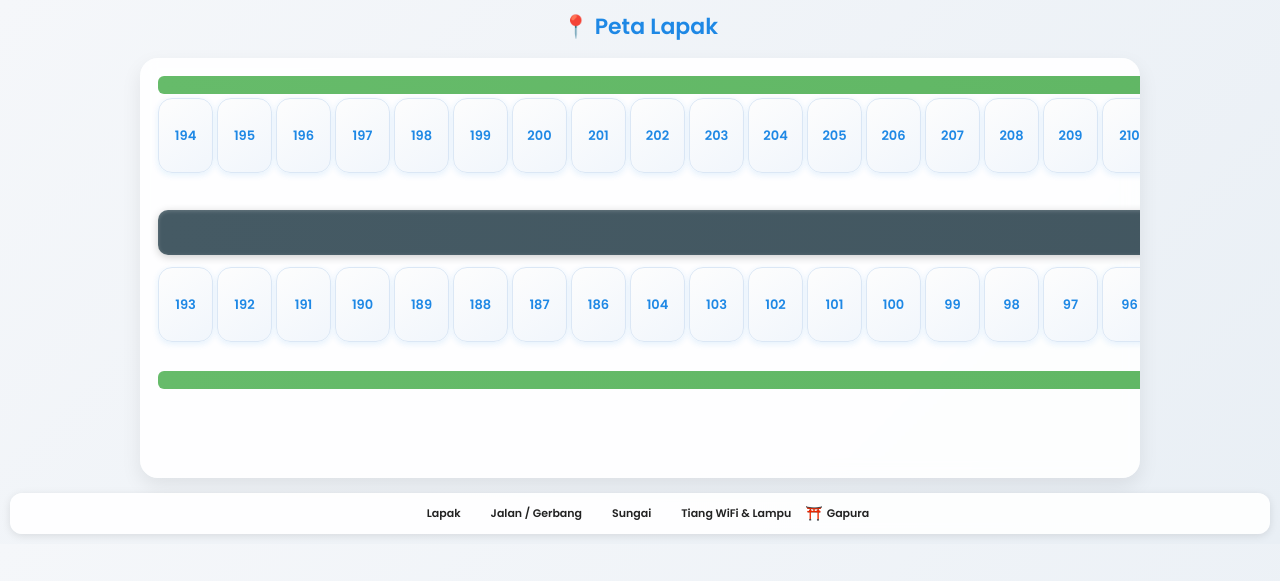
Repository: pasarrakyatbak/denah
Page: index.html
An editor plug-in stored every save of this project. The page is shown before and after the next save, followed by the edit.
The browser window is 1280 px wide. The pictures show the whole page.

Above is the page before, as saved 2025-09-19 20:06:44.
Console error: ReferenceError: insertTiang is not defined

### index.html
<!DOCTYPE html>
<html lang="id">

<head>
    <meta charset="utf-8" />
    <meta name="viewport" content="width=device-width, initial-scale=1" />
    <title>Peta Lapak Modern</title>
    <link href="https://fonts.googleapis.com/css2?family=Poppins:wght@400;600&display=swap" rel="stylesheet">
    <link rel="stylesheet" href="style.css" />
</head>

<body>
    <h1>📍 Peta Lapak</h1>

    <!-- Tooltip -->
    <div class="tooltip" id="tooltip"></div>

    <!-- Grid Container -->
    <div class="scroll-container">
        <div class="h-inner">
            <!-- Rumput kiri -->
            <div class="rumput-wrapper">
                <div class="rumput"></div>
            </div>

            <!-- Lapak kanan (sekarang di atas jalan utama) -->
            <div class="row bottom" id="right-side"></div>
            <!-- Jalan utama -->
            <div class="road-wrapper">
                <div class="road">JALAN UTAMA</div>
            </div>

            <!-- Lapak kiri (sekarang di bawah jalan utama) -->
            <div class="row top" id="left-side"></div>

            <!-- Rumput kanan -->
            <div class="rumput-wrapper">
                <div class="rumput"></div>
            </div>
        </div>
    </div>


    <!-- Legend -->
    <div class="legend">
        <div>
            <div class="legend-color lapak-color"></div> Lapak
        </div>
        <div>
            <div class="legend-color jalan-color"></div> Jalan / Gerbang
        </div>
        <div>
            <div class="legend-color sungai-color"></div> Sungai
        </div>
        <div>
            <div class="legend-color tiang-color"></div> Tiang WiFi & Lampu
        </div>
        <div>
            <div class="legend-icon">⛩️</div> Gapura
        </div>
    </div>
    </div>

    <script src="script.js"></script>
</body>

</html>

### style.css
/* Reset & Base */
* {
    margin: 0;
    padding: 0;
    box-sizing: border-box;
}

body {
    font-family: 'Poppins', sans-serif;
    background: linear-gradient(135deg, #f5f7fa, #e9eff5);
    color: #222;
    padding: 10px;
    text-align: center;
}

h1 {
    font-size: 22px;
    margin-bottom: 15px;
    color: #1e88e5;
    font-weight: 700;
}

/* Scroll container */
.scroll-container {
    width: 100%;
    max-width: 1000px;
    height: 420px;
    overflow: auto;
    background: rgba(255, 255, 255, 0.9);
    border-radius: 18px;
    padding: 18px;
    backdrop-filter: blur(8px);
    box-shadow: 0 8px 20px rgba(0, 0, 0, 0.08);
    margin: auto;
    transition: 0.3s ease;
}

.h-inner {
    display: flex;
    flex-direction: column;
    gap: 4px;
    min-width: max-content;
}

.row {
    display: flex;
    align-items: flex-start;
    flex-wrap: wrap;
    min-width: max-content;
    gap: 4px;
}

/* Lapak compact modern */
.lapak {
    width: 55px;
    height: 75px;
    border-radius: 14px;
    background: linear-gradient(145deg, #fdfdfd, #f1f6fc);
    border: 1px solid #dbe7f5;
    color: #1e88e5;
    font-weight: 600;
    display: flex;
    align-items: center;
    justify-content: center;
    cursor: pointer;
    font-size: 13px;
    transition: all 0.25s ease;
    box-shadow: 0 2px 6px rgba(30, 136, 229, 0.12);
}

.lapak:hover {
    background: linear-gradient(145deg, #1e88e5, #1565c0);
    color: #fff;
    transform: translateY(-5px) scale(1.07);
    box-shadow: 0 8px 18px rgba(30, 136, 229, 0.3);
}

/* Jalan utama */
.road {
    height: 45px;
    background: linear-gradient(90deg, #455a64, #37474f);
    color: #fff;
    display: flex;
    align-items: center;
    justify-content: center;
    border-radius: 10px;
    font-weight: 600;
    font-size: 13px;
    margin: 8px 0;
    letter-spacing: 0.5px;
    box-shadow: inset 0 1px 4px rgba(255, 255, 255, 0.2),
        0 2px 8px rgba(0, 0, 0, 0.2);
}

/* Jalan / Gerbang */
.jalan-gerbang {
    width: 100px;
    height: 35px;
    background: linear-gradient(145deg, #ff9800, #f57c00);
    color: #fff;
    display: flex;
    align-items: center;
    justify-content: center;
    border-radius: 10px;
    font-weight: 600;
    font-size: 12px;
    box-shadow: 0 4px 10px rgba(255, 152, 0, 0.35);
    transition: 0.25s ease;
}

.jalan-gerbang:hover {
    background: linear-gradient(145deg, #fb8c00, #ef6c00);
    transform: translateY(-3px) scale(1.05);
}

/* Gapura lintas jalan */
.gapura-container {
    width: 50px;
    height: 75px;
    display: flex;
    flex-direction: column;
    align-items: center;
    justify-content: center;
    gap: 2px;
}

.gapura-icon {
    font-size: 20px;
}

.gapura-arrow {
    font-size: 14px;
}

/* Rumput */
.rumput-wrapper {
    position: relative;
}

.rumput {
    height: 18px;
    width: 100%;
    background: linear-gradient(90deg, #66bb6a, #43a047);
    border-radius: 6px;
}

/* Legend */
.legend {
    margin-top: 15px;
    background: rgba(255, 255, 255, 0.9);
    padding: 10px 14px;
    border-radius: 12px;
    font-size: 11px;
    font-weight: 600;
    display: flex;
    gap: 14px;
    justify-content: center;
    flex-wrap: wrap;
    box-shadow: 0 2px 8px rgba(0, 0, 0, 0.1);
    backdrop-filter: blur(6px);
}

.legend div {
    display: flex;
    align-items: center;
    gap: 4px;
}

.legend-color {
    width: 12px;
    height: 12px;
    border-radius: 3px;
}

.legend-icon {
    font-size: 14px;
}

/* Responsive */
/* Responsif HP kecil */
@media (max-width: 480px) {
    .lapak {
        width: 42px;
        height: 60px;
        font-size: 10px;
    }
}

/* Responsif Tablet */
@media (min-width: 481px) and (max-width: 1024px) {
    .lapak {
        width: 50px;
        height: 70px;
        font-size: 12px;
    }
}

/* Desktop normal */
@media (min-width: 1025px) {
    .lapak {
        width: 55px;
        height: 75px;
        font-size: 13px;
    }
}

### script.js
// DATA NOMOR
const leftNumbers = [1, 2, 3, 4, 5, 6, 7, 8, 9, 10, 11, 15, 16, 17, 18, 19, 20, 21, 22, 23, 24, 25, 26, 27, 28, 29, 30, 31, 32, 33, 34, 35, 36, 37, 38, 39, 40, 41, 42, 43, 44, 45, 46, 47, 48, 49, 50, 51, 52, 53, 54, 55, 56, 57, 58, 59, 60, 61, 62, 63, 64, 65, 66, 67, 68, 69, 70, 71, 72, 73, 74, 75, 76, 77, 78, 79, 80, 81, 82, 83, 84, 85, 86, 87, 88, 89, 90, 91, 92, 93, 94, 95, 96, 97, 98, 99, 100, 101, 102, 103, 104, 186, 187, 188, 189, 190, 191, 192, 193];
const rightNumbers = [194, 195, 196, 197, 198, 199, 200, 201, 202, 203, 204, 205, 206, 207, 208, 209, 210, 211, 212, 213, 105, 106, 107, 108, 109, 110, 111, 112, 113, 114, 115, 116, 117, 118, 119, 120, 121, 122, 123, 124, 125, 126, 127, 128, 129, 130, 131, 132, 133, 134, 135, 136, 137, 138, 214, 215, 216, 139, 140, 141, 142, 143, 144, 145, 146, 147, 148, 149, 150, 151, 152, 153, 154, 155, 156, 157, 158, 159, 160, 161, 162, 163, 164, 165, 166, 167, 168, 169, 170, 171, 172, 173, 174, 175, 176, 177, 178, 179, 180, 181, 182, 183, 184, 185];

const rightSide = document.getElementById('right-side');
const leftSide = document.getElementById('left-side');

// Buat lapak
function makeLapak(num) {
    const d = document.createElement('div');
    d.className = 'lapak';
    d.textContent = num;
    return d;
}

rightNumbers.forEach(n => rightSide.appendChild(makeLapak(n)));
leftNumbers.slice().reverse().forEach(n => leftSide.appendChild(makeLapak(n)));

// Gerbang
function insertGerbangBetween(parent, a, b, label = 'Gerbang') {
    const children = Array.from(parent.children);
    const idxA = children.findIndex(c => c.textContent == String(a));
    const idxB = children.findIndex(c => c.textContent == String(b));
    if (idxA === -1 || idxB === -1) return;
    const insertAfterIndex = Math.min(idxA, idxB);
    const refNode = parent.children[insertAfterIndex + 1] || null;
    const g = document.createElement('div');
    g.className = 'jalan-gerbang';
    g.textContent = label;
    parent.insertBefore(g, refNode);
}
insertGerbangBetween(leftSide, 2, 3);
insertGerbangBetween(leftSide, 11, 15);

// Gapura lintas jalan
function insertGapura(leftParent, rightParent, a, b) {
    const idxL = Array.from(leftParent.children).findIndex(c => c.textContent == a);
    const idxR = Array.from(rightParent.children).findIndex(c => c.textContent == b);
    if (idxL === -1 || idxR === -1) return;

    const gapuraBottom = document.createElement('div');
    gapuraBottom.className = 'gapura-container';
    gapuraBottom.innerHTML = `<div class="gapura-icon">⛩️</div><div class="gapura-arrow">⬆️</div>`;
    leftParent.insertBefore(gapuraBottom, leftParent.children[idxL + 1]);

    const gapuraTop = document.createElement('div');
    gapuraTop.className = 'gapura-container';
    gapuraTop.innerHTML = `<div class="gapura-arrow">⬇️</div><div class="gapura-icon">⛩️</div>`;
    rightParent.insertBefore(gapuraTop, rightParent.children[idxR]);
}
insertGapura(leftSide, rightSide, 57, 146);

// Sungai
function placeSungaiBelow(parent, num) {
    const target = Array.from(parent.children).find(c => c.textContent == num);
    if (!target) return;
    const wrapper = document.createElement('div');
    wrapper.className = 'lapak-wrapper';
    wrapper.setAttribute('data-lapak', num);
    parent.insertBefore(wrapper, target);
    wrapper.appendChild(target);

    const sungai = document.createElement('div');
    sungai.className = 'sungai-bawah';
    sungai.textContent = 'Sungai';
    wrapper.appendChild(sungai);
}
function placeSungaiAbove(parent, num) {
    const target = Array.from(parent.children).find(c => c.textContent == num);
    if (!target) return;
    const wrapper = document.createElement('div');
    wrapper.className = 'lapak-wrapper';
    wrapper.setAttribute('data-lapak', num);
    parent.insertBefore(wrapper, target);
    wrapper.appendChild(target);

    const sungai = document.createElement('div');
    sungai.className = 'sungai-atas';
    sungai.textContent = 'Sungai';
    wrapper.insertBefore(sungai, target);
}
placeSungaiBelow(leftSide, 62);
placeSungaiAbove(rightSide, 141);


// Jalan
function insertJalan(parent, a, b, label = 'Jalan') {
    const idxA = Array.from(parent.children).findIndex(c => c.textContent == a);
    const idxB = Array.from(parent.children).findIndex(c => c.textContent == b);
    if (idxA === -1 || idxB === -1) return;
    const insertAfter = Math.min(idxA, idxB);
    const refNode = parent.children[insertAfter + 1] || null;
    const jalan = document.createElement('div');
    jalan.className = 'jalan-gerbang';
    jalan.textContent = label;
    parent.insertBefore(jalan, refNode);
}

// Contoh insert
insertJalan(rightSide, 156, 157);
insertJalan(rightSide, 216, 139);
insertJalan(rightSide, 163, 164);
insertJalan(rightSide, 180, 181);
insertTiang(rightSide, 20, 201);
insertTiang(rightSide, 108, 109);
insertTiang(rightSide, 124, 125);
insertTiang(rightSide, 137, 138);

const tooltip = document.getElementById('tooltip');

function showTooltip(e, text) {
    tooltip.textContent = text;
    tooltip.style.left = e.pageX + 10 + 'px';
    tooltip.style.top = e.pageY + 10 + 'px';
    tooltip.style.opacity = 1;
}

function hideTooltip() {
    tooltip.style.opacity = 0;
}

// Tambahkan tooltip untuk setiap elemen
document.querySelectorAll('.lapak').forEach(el => {
    el.addEventListener('mouseenter', e => showTooltip(e, 'Lapak #' + el.textContent));
    el.addEventListener('mousemove', e => showTooltip(e, 'Lapak #' + el.textContent));
    el.addEventListener('mouseleave', hideTooltip);
});

document.querySelectorAll('.jalan-gerbang').forEach(el => {
    el.addEventListener('mouseenter', e => showTooltip(e, 'Jalan / Gerbang: ' + el.textContent));
    el.addEventListener('mousemove', e => showTooltip(e, 'Jalan / Gerbang: ' + el.textContent));
    el.addEventListener('mouseleave', hideTooltip);
});

document.querySelectorAll('.sungai-bawah, .sungai-atas').forEach(el => {
    el.addEventListener('mouseenter', e => showTooltip(e, 'Sungai'));
    el.addEventListener('mousemove', e => showTooltip(e, 'Sungai'));
    el.addEventListener('mouseleave', hideTooltip);
});

document.querySelectorAll('.tiang-container').forEach(el => {
    el.addEventListener('mouseenter', e => showTooltip(e, 'Tiang WiFi & Lampu'));
    el.addEventListener('mousemove', e => showTooltip(e, 'Tiang WiFi & Lampu'));
    el.addEventListener('mouseleave', hideTooltip);
});

document.querySelectorAll('.gapura-container').forEach(el => {
    el.addEventListener('mouseenter', e => showTooltip(e, 'Gapura Lintas Jalan'));
    el.addEventListener('mousemove', e => showTooltip(e, 'Gapura Lintas Jalan'));
    el.addEventListener('mouseleave', hideTooltip);
});

After the next save:
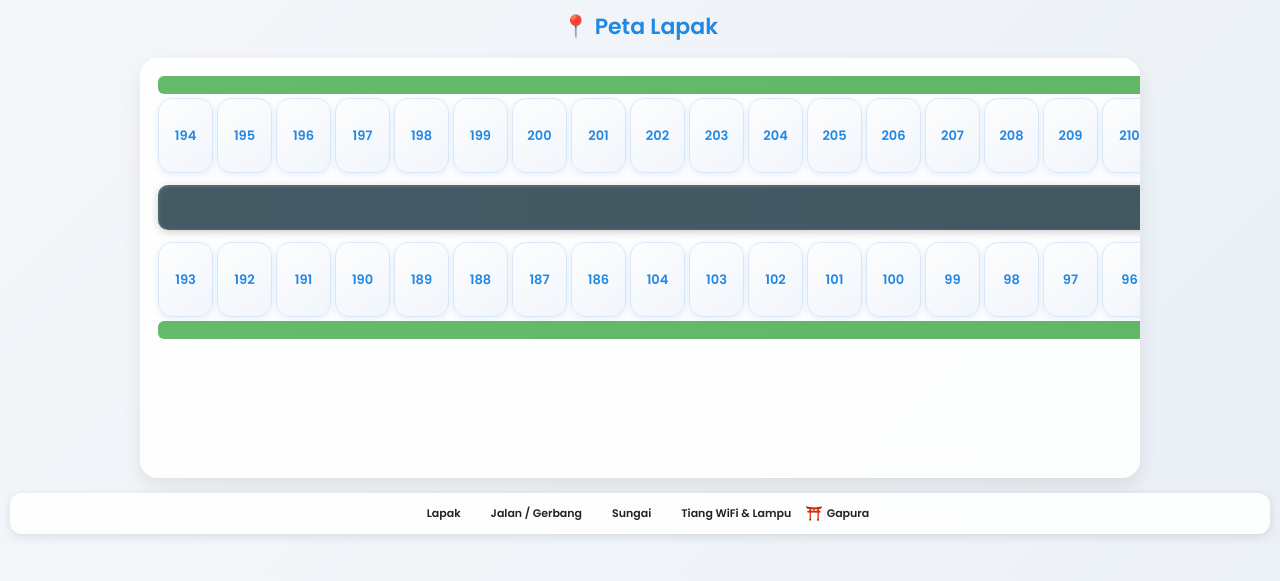
Saved 9 s later.
--- a/script.js
+++ b/script.js
@@ -65,22 +65,6 @@ function placeSungaiBelow(parent, num) {
     sungai.textContent = 'Sungai';
     wrapper.appendChild(sungai);
 }
-function placeSungaiAbove(parent, num) {
-    const target = Array.from(parent.children).find(c => c.textContent == num);
-    if (!target) return;
-    const wrapper = document.createElement('div');
-    wrapper.className = 'lapak-wrapper';
-    wrapper.setAttribute('data-lapak', num);
-    parent.insertBefore(wrapper, target);
-    wrapper.appendChild(target);
-
-    const sungai = document.createElement('div');
-    sungai.className = 'sungai-atas';
-    sungai.textContent = 'Sungai';
-    wrapper.insertBefore(sungai, target);
-}
-placeSungaiBelow(leftSide, 62);
-placeSungaiAbove(rightSide, 141);
 
 
 // Jalan
